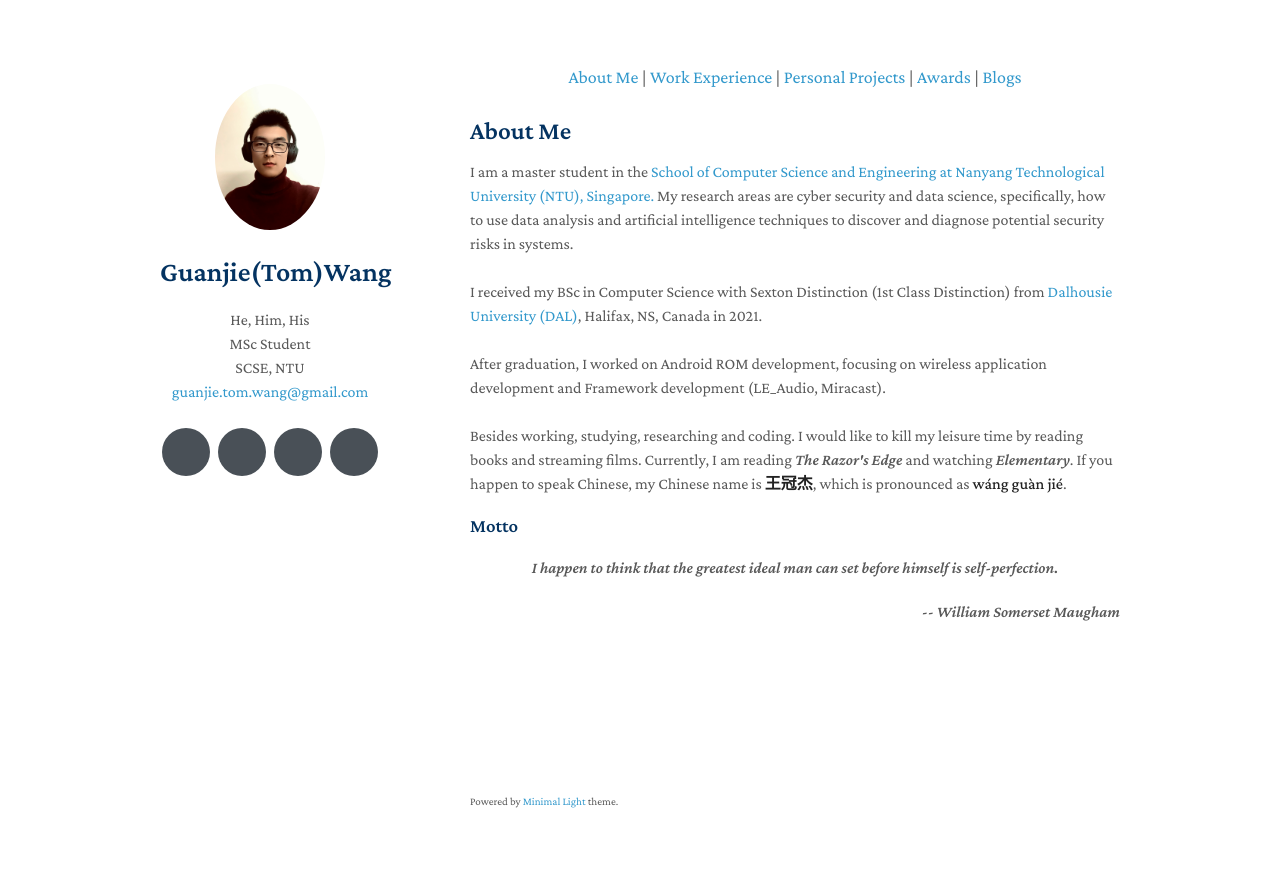
Repository: guanjie01/aboutme
Page: index.html
The author's editor kept a copy of each file at every save. The page is drawn from the files as they stood at one save, then again after the next save.
The browser window is 1280 px wide. The pictures show the whole page.
Some web fonts or font styles are not loaded; a fallback is used.

Above is the page before, as saved 2023-08-11 11:47:01.
Console error: TypeError: Cannot read properties of null (reading 'style')

After the next save:
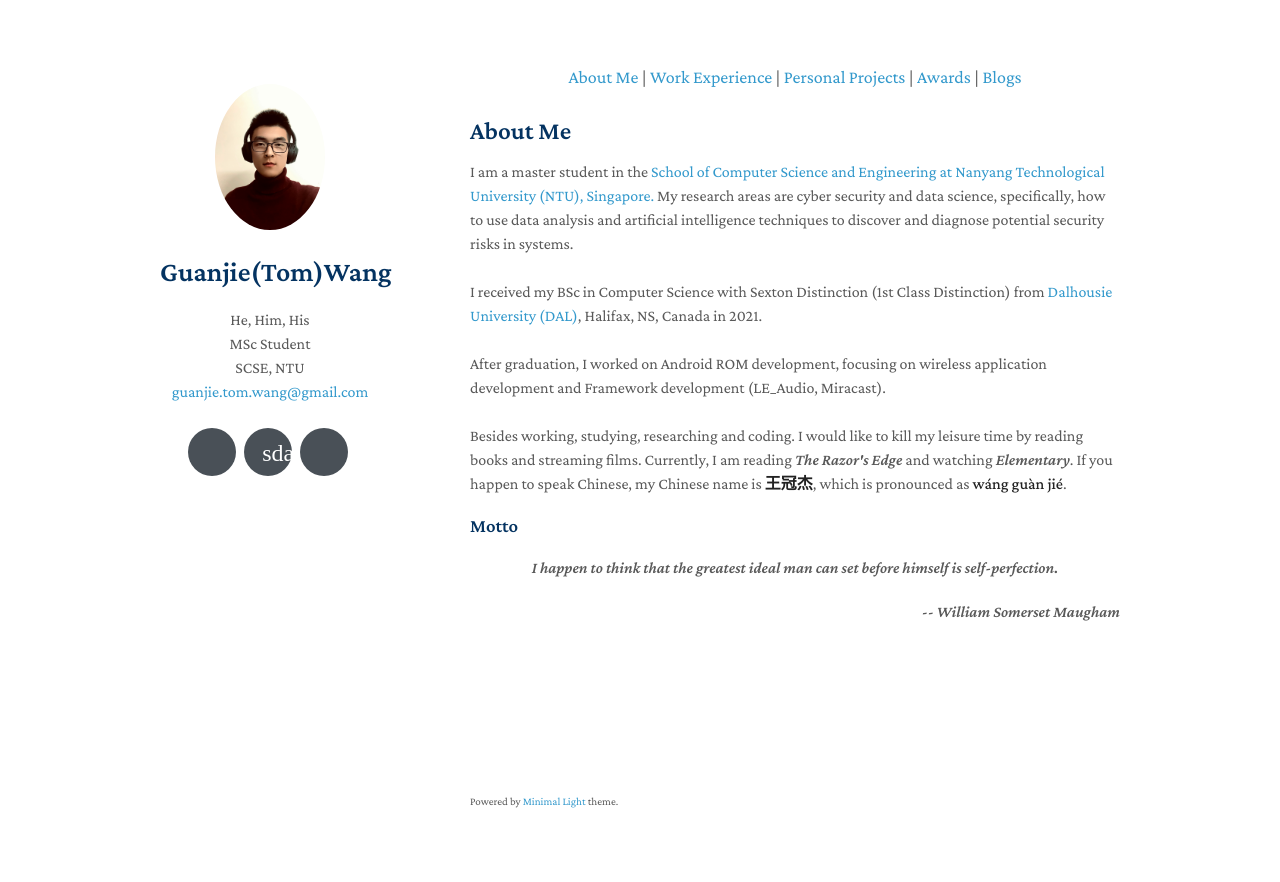
Saved 75 s later.
--- a/index.html
+++ b/index.html
@@ -76,19 +76,13 @@
           </a>
 
           <a style="margin: 0 5px 0 0" href="https://github.com/O-GuanjieWang-O">
-            <i class="fab fa-github"></i>
+            <i class="fab fa-github">sdafsaf</i>
           </a>
 
 
 
           <a style="margin: 0 5px 0 0" href="https://www.linkedin.com/in/guanjie-wang-610a3623a/">
             <i class="fab fa-linkedin"></i>
-          </a>
-
-
-
-          <a style="margin: 0 0 0 0" href="{{ site.twitter }}">
-            <i class="fab fa-twitter"></i>
           </a>
 
           </div>
